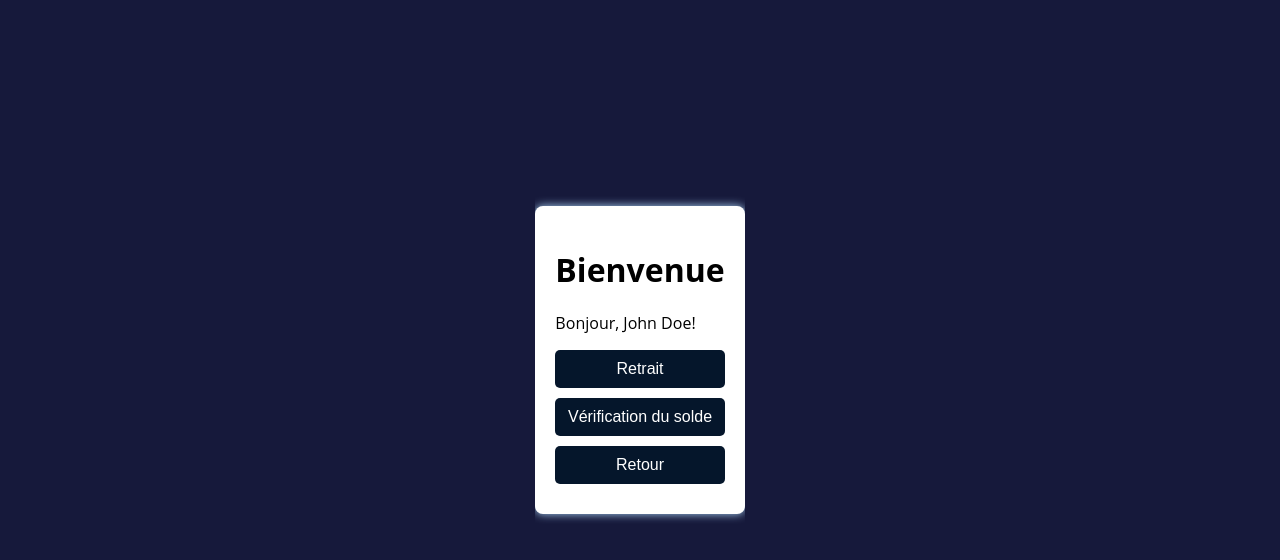
Repository: ndiawar/ProjetGab
Page: bienvenue.html
An editor plug-in stored every save of this project. The page is shown before and after the next save, followed by the edit.
The browser window is 1280 px wide. The pictures show the whole page.

Above is the page before, as saved 2024-08-07 19:44:00.
Console error: TypeError: Cannot read properties of null (reading 'addEventListener')

### bienvenue.html
<!DOCTYPE html>
<html lang="en">
<head>
    <meta charset="UTF-8">
    <meta name="viewport" content="width=device-width, initial-scale=1.0">
    <title> Interface Web de votre banque</title>
    <link rel="stylesheet" href="style.css">
    <script src="script.js"></script>
</head>
<body>
    <div class="container">
        <h1 id="bienvenue">Bienvenue</h1>
        <p id="welcome-message">Bonjour, <span id="client-name">Client</span>!</p>
        <button class="button retrait" onclick="alert('Accès au retrait')">Retrait</button>
        <button class="button solde" onclick="alert('Vérification du solde')">Vérification du solde</button>
        <button class="button retour" onclick="alert('merci à la prochaine')">Retour</button>
    </div>

    <script>
        // Remplacez 'Client' par le nom réel du client
        document.getElementById('client-name').textContent = 'John Doe';
    </script>
</body>
</html>

### style.css
:root {
    /* Définition des couleurs de base */
    --blue-sky-1: #16193B; /* Bleu nuit */
    --blue-sky-2: #35478C; /* Bleu foncé */
    --blue-sky-3: #4E7AC7; /* Bleu vif */
    --blue-sky-4: #7FB2F0; /* Bleu clair */
    --blue-sky-5: #ADD5F7; /* Bleu très clair */
    --Noir-6: #000000; /* Noir */
    --white-7: #ffffff;

    /* Utilisation des couleurs pour différents éléments */
    --color-title: var(--blue-sky-1); /* Couleur pour les titres */
    --color-subtitle: var(--blue-sky-3); /* Couleur pour les sous-titres */
    --color-paragraph: var(--blue-sky-2); /* Couleur pour les paragraphes */
    --color-border: var(--blue-sky-4); /* Couleur pour les bordures */
    --color-backgroundFoncé: var(--blue-sky-1); /* Couleur de fond foncée */
    --color-background: var(--blue-sky-5); /* Couleur de fond général */
    --color-text: var(--Noir-6); /* Couleur pour le texte de fond */
    --color-white: var(--white-7); /* Couleur blanche pour le texte de fond d'une balise */

    /* Polices */
    --font-title: 'Montserrat', sans-serif;
    --font-text: 'Open Sans', sans-serif;
    --font-subtitle: 'Roboto', sans-serif;

    /* Taille de police standard et poids */
    --font-size-normal: 16px; /* Taille de police standard pour le texte */
    --font-size-title: 28px; /* Taille de police pour les grands titres */
    --font-size-subtitle: 20px; /* Taille de police pour les sous-titres */
    --font-weight-normal: 400; /* Poids normal de la police */
    --font-weight-bold: 700; /* Poids en gras */
    /* Pour le profil la taille du nom et du sous-titre */
    --font-size-titleProfil: 45px;
    --font-size-subtitleProfil: 30px;
}


/*Initialisation de notre body pour supprimer les marges et choix du type de police pour notre site*/


/*Initialisation de notre body pour supprimer les marges et choix du type de police pour notre site*/

/* Style global pour le corps de la page */
body, html {
    margin: 0;
    padding: 0;
    color: var(--color-text);
    font-family: var(--font-text);
    font-size: var(--font-size-normal);
    font-weight: var(--font-weight-normal);
    overflow-x: hidden;
    height: 100%;
    display: flex;
    align-items: center;
    justify-content: center;
    background-color: var(--color-backgroundFoncé);/**/
}

/* Conteneur principal qui tient la page de connexion */
.login-container {
    display: flex;
    width: 100%;
    max-width: 900px;
    height: 500px;
    background-color: var(--color-white);
    box-shadow: 0 4px 8px rgba(101, 150, 214, 0.1);
    border-radius: 10px;
    overflow: hidden;
}

/* Style pour la section du formulaire de connexion */
.login-form {
    flex: 1;
    padding: 40px;
    background-color: var(--color-white);
    display: flex;
    flex-direction: column;
    justify-content: center;
}

/* Style pour les titres et formulaires dans la section de connexion */
.login-form h2 {
    margin-bottom: 20px;
    color: var(--color-title);
    font-size: var(--font-size-title);
    font-family: var(--font-title);
    font-weight: var(--font-weight-bold);
    padding: 5px 0 60px 50px;
}

.form-group {
    margin-bottom: 15px;
    font-size: var(--font-subtitle);
    font-weight: var(--font-weight-normal);
    font-family: var(--font-text);
    color: var(--color-title);
}

.form-group label {
    display: block;
    margin-bottom: 5px;
    color: var(--color-title);
}

.form-group input {
    width: 100%;
    padding: 10px;
    border: 1px solid var(--color-title);
    border-radius: 5px;
    font-size: 16px;
    box-sizing: border-box;
}

button {
    width: 100%;
    padding: 10px;
    background-color: var(--color-backgroundFoncé);
    color: var(--color-white);
    border: none;
    border-radius: 5px;
    font-size: 16px;
    cursor: pointer;
    transition: background-color 0.3s ease;
}

button:hover {
    background-color: var(--color-border);
}

/* Style pour la section de bienvenue avec le logo */
.welcome-section {
    flex: 1;
    display: flex;
    align-items: center;
    justify-content: center;
    color: var(--color-backgroundFoncé);
}

.welcome-content {
    text-align: center;
    padding: 20px;
}

.logo {
    width: 350px;
    height: 350px;
    margin-bottom: 20px;
}

.welcome-section h1 {
    margin: 0 0 10px;
    font-size: 36px;
}

.welcome-section p {
    font-size: 18px;
    margin: 0;
}

/*Debut partie yaye*/
.container {
    background-color:var(--color-white);
    border-radius: 8px;
    box-shadow: 0 0 10px var(--color-background);
    padding: 20px;
    max-width: 500px;
    width: 100%;
  }
  h1.bienvenue{
    font-size: 24px;
    margin-bottom: 10px;
    color: var(black);
  }
  p.welcome-message {
    font-size: 18px;
    margin-bottom: 20px;
    color: var(black);
  }
  .button {
    display: block;
    width: 100%;
    padding: 10px;
    margin: 10px 0;
    font-size: 16px;
    text-align: center;
    border: none;
    border-radius: 5px;
    cursor: pointer;
    transition: background-color 0.3s;
    background-color: #05162b;
  }
  .button:hover {
    background-color: var(#35478c);
  }
  .button.retrait {
    background-color: var(rgba(1, 4, 24, 0.911));
    color: var(--color-white);
  }
  .button.solde {
    background-color:var(rgba(1, 4, 24, 0.911));
    color: var(--color-white);
  }
  .button.retour {
    background-color: var(rgba(1, 4, 24, 0.911));
    color: var(--color-white);
  }
  /* fin partie yaye*/

### script.js
//Déclaration du tableau utilisateurs avec des valeurs d'objets
const utilisateurs = [
    { idCard: '1001', mdp: '51234', etatCmpt: false, nom: 'Dupont', prenom: 'Jean' },
    { idCard: '1002', mdp: '95678', etatCmpt: false, nom: 'Martin', prenom: 'Marie' },
    { idCard: '1003', mdp: '45637', etatCmpt: false, nom: 'Durand', prenom: 'Pierre' },
    { idCard: '1004', mdp: '98712', etatCmpt: false, nom: 'Leroy', prenom: 'Luc' },
    { idCard: '1005', mdp: '45632', etatCmpt: false, nom: 'Moreau', prenom: 'Sophie' },
    { idCard: '1006', mdp: '54832', etatCmpt: false, nom: 'Simon', prenom: 'Laura' },
    { idCard: '1007', mdp: '12345', etatCmpt: false, nom: 'Lambert', prenom: 'Alex' },
    { idCard: '1008', mdp: '67890', etatCmpt: false, nom: 'Garcia', prenom: 'Elena' },
    { idCard: '1009', mdp: '11223', etatCmpt: false, nom: 'Bernard', prenom: 'Nicolas' },
    { idCard: '1010', mdp: '44556', etatCmpt: false, nom: 'Petit', prenom: 'Lucie' }
];

//Sauvegarder les données initials de l'utilisateur dans localStorage si ce n'est pas déja fait
if (!localStorage.getItem('utilisateurs')) {
    localStorage.setItem('utilisateurs', JSON.stringify(utilisateurs));
}

//Déclaration de variable pour enregister le nombre maximum de tentative
//et une variable pour mettre dans le local storage si l'utilisateur est bloqué aprés trois tentative
const maxAttempts = 3;
const userAttempts = JSON.parse(localStorage.getItem('userAttempts')) || {};

// Charge les données de l'utilisateur depuis le LocalStorage
let storedUsers = JSON.parse(localStorage.getItem('utilisateurs')) || [];
//On recupère lesélément id du formulaire pour interagir avec l'événement
//Récupére id du paragraphe pour afficher les msg d'rreurs
const loginForm = document.getElementById('loginForm');
const errorMessage = document.getElementById('errorMessage');
// Lafonction qui lance l'événement connexion
loginForm.addEventListener('submit', function(event) {
    event.preventDefault();
//On recupère les valeurs saisient par les utilisateurs
    const identifiant = document.getElementById('identifiant').value;
    const password = document.getElementById('password').value;
//On recherche l'utilisateur dans le store qui enregistre notre tableau
//Pour le vérifier ensuite avec l'information que l'utilisateur à saisie "identifiant"
    const utilisateur = storedUsers.find(u => u.idCard === identifiant);

    if (!utilisateur) {
        errorMessage.textContent = "Identifiant de carte introuvable,Veuillez réessayer.";
        errorMessage.style.display = "block";
        return;
    }

    if (utilisateur.etatCmpt) {
        errorMessage.textContent = "Compte bloqué. Veuillez contacter votre banque.";
        errorMessage.style.display = "block";
        return;
    }

    if (!userAttempts[identifiant]) {
        userAttempts[identifiant] = 0;
    }

    if (utilisateur.mdp !== password) {
        userAttempts[identifiant]++;
        if (userAttempts[identifiant] >= maxAttempts) {
            utilisateur.etatCmpt = true;
            localStorage.setItem('utilisateurs', JSON.stringify(storedUsers));
            errorMessage.textContent = "Compte bloqué après trois tentatives échouées.";
            errorMessage.style.display = "block";
        } else {
            localStorage.setItem('userAttempts', JSON.stringify(userAttempts));
            errorMessage.textContent = `Mot de passe incorrect. Tentative ${userAttempts[identifiant]} sur ${maxAttempts}.`;
            errorMessage.style.display = "block";
        }
        return;
    }

    userAttempts[identifiant] = 0; // Réinitialise les tentatives
    localStorage.setItem('userAttempts', JSON.stringify(userAttempts));
    alert(`Authentification réussie! Bienvenue, ${utilisateur.prenom} ${utilisateur.nom}.`);
    errorMessage.style.display = "none";
    window.location.href = './bienvenue.html'; // Redirection vers la page bienvenue
});

After the next save:
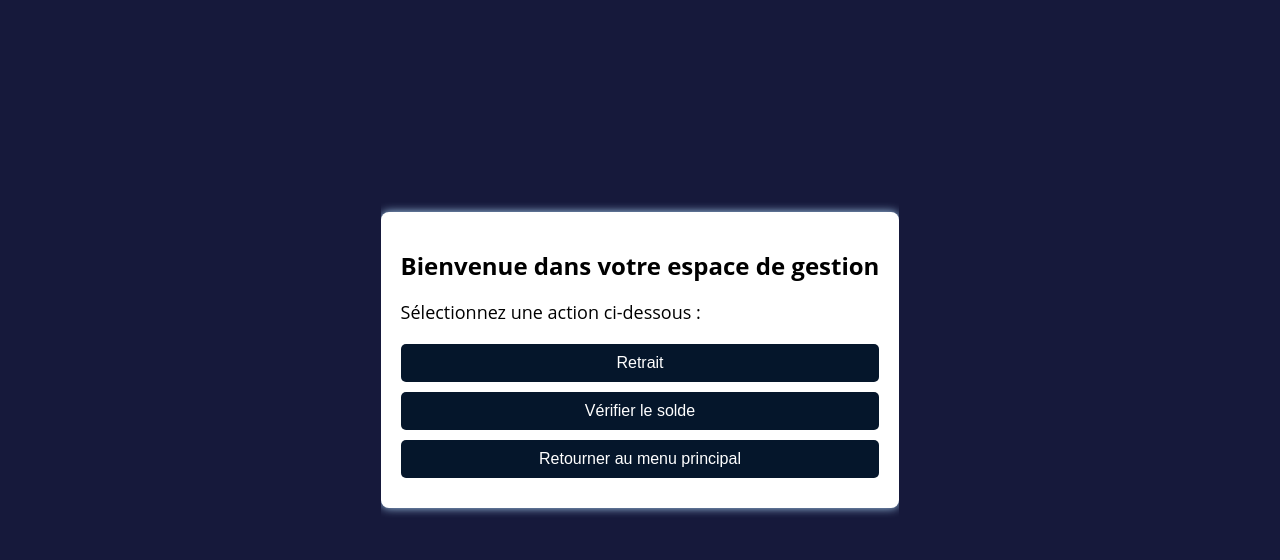
The error is gone.
Saved 8 min 40 s later.
--- a/bienvenue.html
+++ b/bienvenue.html
@@ -1,24 +1,18 @@
 <!DOCTYPE html>
-<html lang="en">
+<html lang="fr">
 <head>
     <meta charset="UTF-8">
     <meta name="viewport" content="width=device-width, initial-scale=1.0">
-    <title> Interface Web de votre banque</title>
     <link rel="stylesheet" href="style.css">
-    <script src="script.js"></script>
+    <title>Page de Gestion</title>
 </head>
 <body>
     <div class="container">
-        <h1 id="bienvenue">Bienvenue</h1>
-        <p id="welcome-message">Bonjour, <span id="client-name">Client</span>!</p>
-        <button class="button retrait" onclick="alert('Accès au retrait')">Retrait</button>
-        <button class="button solde" onclick="alert('Vérification du solde')">Vérification du solde</button>
-        <button class="button retour" onclick="alert('merci à la prochaine')">Retour</button>
+        <h1 class="bienvenue">Bienvenue dans votre espace de gestion</h1>
+        <p class="welcome-message">Sélectionnez une action ci-dessous :</p>
+        <button class="button retrait">Retrait</button>
+        <button class="button solde">Vérifier le solde</button>
+        <button class="button retour">Retourner au menu principal</button>
     </div>
-
-    <script>
-        // Remplacez 'Client' par le nom réel du client
-        document.getElementById('client-name').textContent = 'John Doe';
-    </script>
 </body>
 </html>
